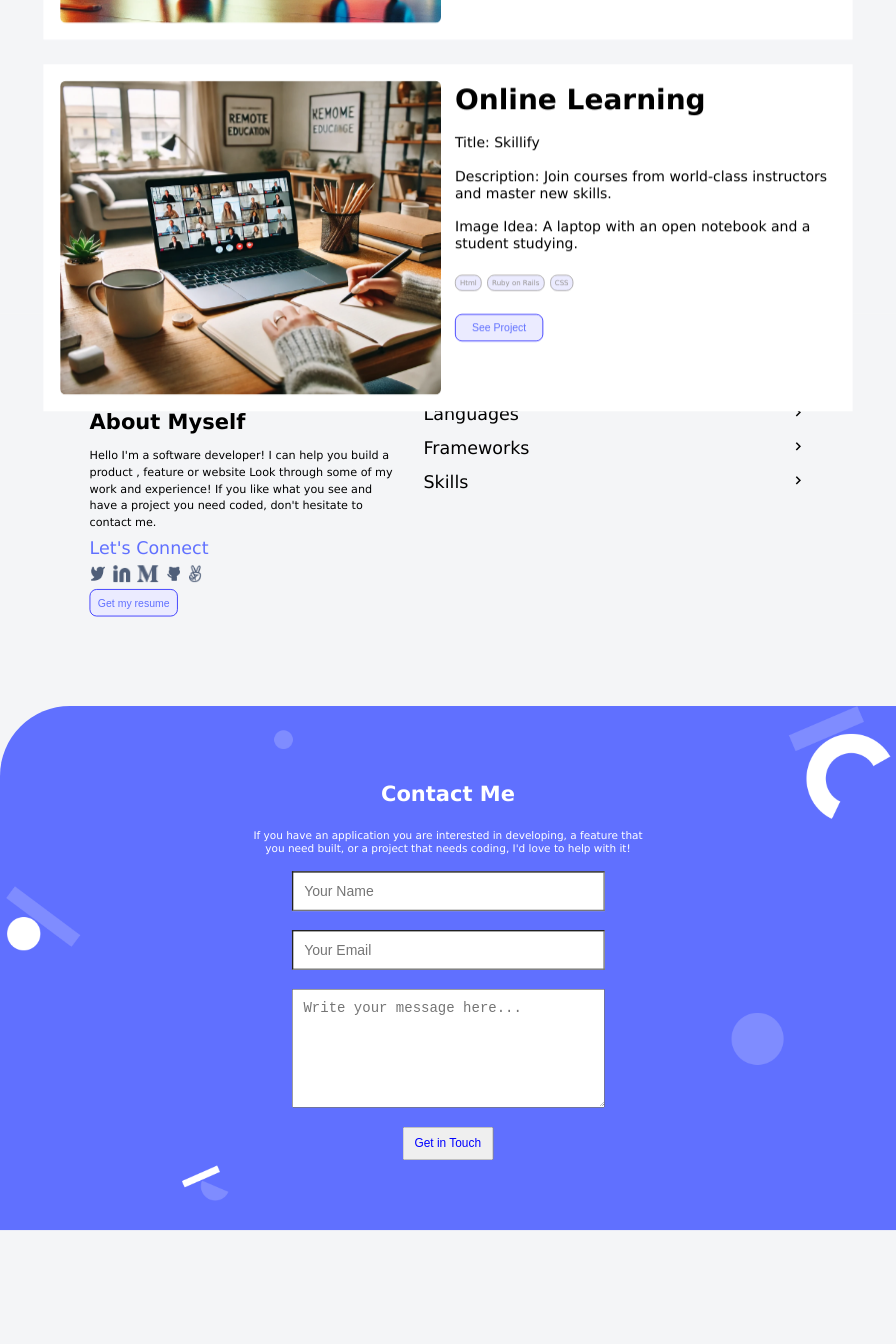
Repository: usman3123/portfolio-template-3
Page: index.html
An editor plug-in stored every save of this project. The page is shown before and after the next save, followed by the edit.
The browser window is 1280 px wide. The pictures show the part of the page from y = 2372 to 4292 px (the page is 4292 px tall), at 70% of full size.
Some web libraries are served in a nearby version.

Above is the page before, as saved 2025-02-26 09:15:06.

After the next save:
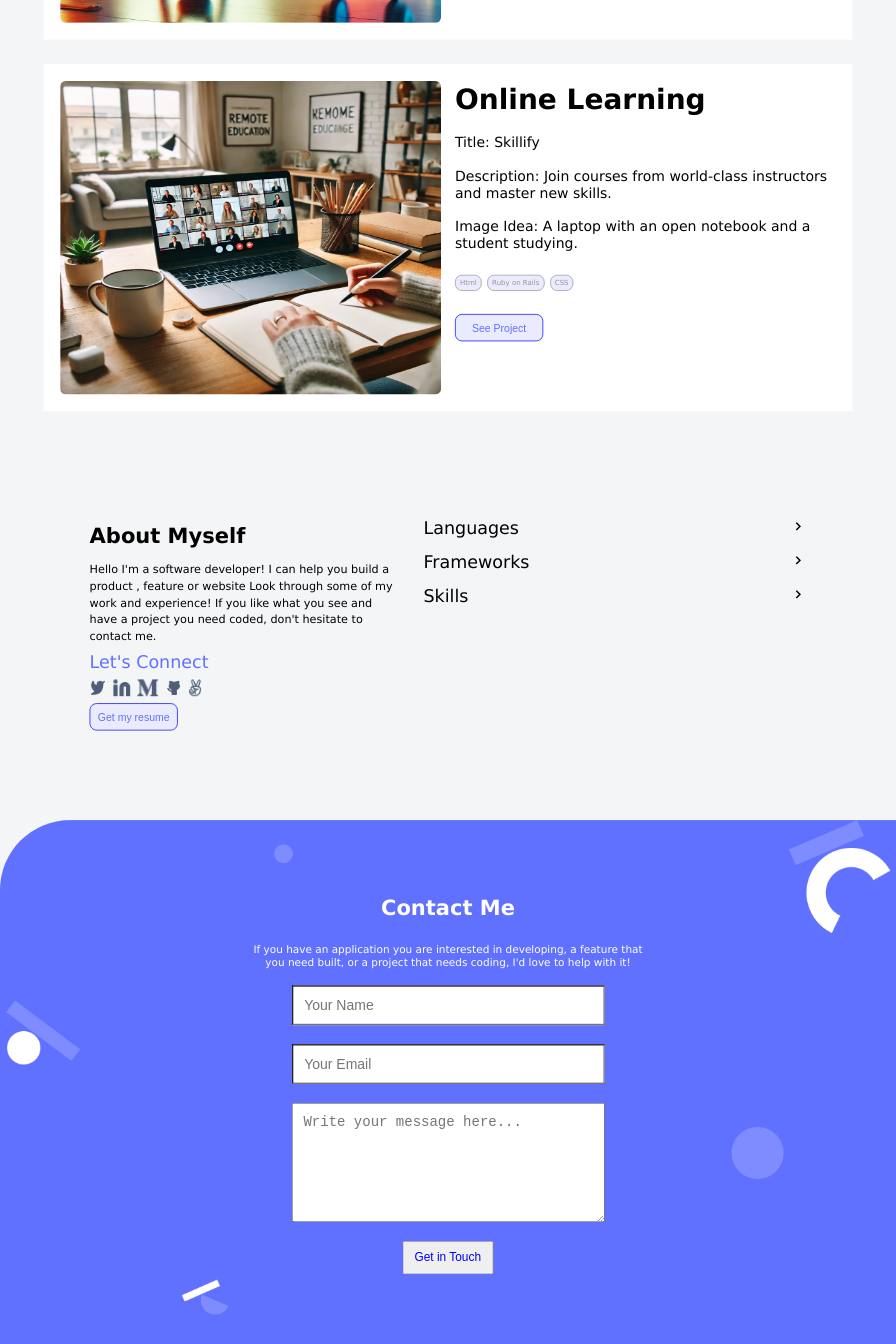
Saved 3 min 35 s later.
--- a/style.css
+++ b/style.css
@@ -411,9 +411,10 @@ html {
 }
 .overlay {
     width: 100%;
-    height: 46%;
+    height: 100%;
     background: #f4f5f7;
     backdrop-filter: blur(8px);
+    display: contents;
 }
 .remove {
     display: none !important;
